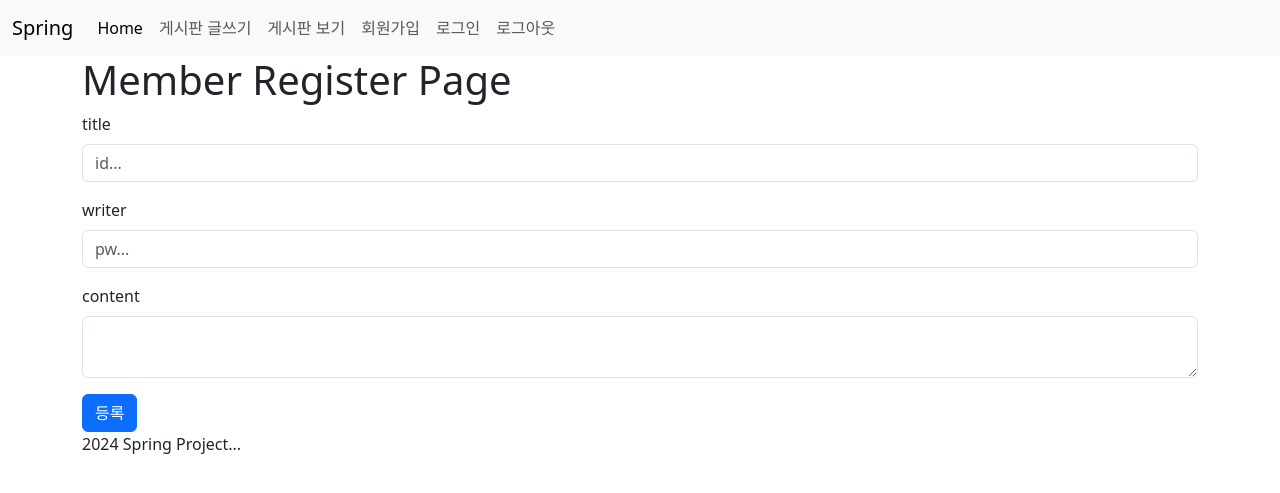
Repository: wanted2001/jsp_project
Page: http://localhost/spring_study/WEB-INF/views/member/register.jsp
The author's editor kept a copy of each file at every save. The page is drawn from the files as they stood at one save, then again after the next save.
The browser window is 1280 px wide. The pictures show the whole page.
The page is served by Tomcat 9. Nobody is signed in. Other server files are loaded and not shown. The template is opened directly, without the code that normally fills it, so the values that code supplies are empty.

Above is the page before, as saved 2024-04-25 05:50:28.

### spring_study/src/main/webapp/WEB-INF/views/member/register.jsp
<%@ page language="java" contentType="text/html; charset=UTF-8"
    pageEncoding="UTF-8"%>
<jsp:include page="../layout/header.jsp" />
<div class="container-md">
		<h1>Member Register Page</h1>
		<form action="" method="post">
		<div class="mb-3">
	  		<label for="t" class="form-label">title</label>
	  		<input type="text" class="form-control" name="id" id="t" placeholder="id...">
		</div>
		<div class="mb-3">
	  		<label for="w" class="form-label">writer</label>
	  		<input type="text" class="form-control" name="pw" id="w" placeholder="pw...">
		</div>
		<div class="mb-3">
  			<label for="c" class="form-label">content</label>
  			<textarea class="form-control" id="c" name="content" aria-label="With textarea"></textarea>
		</div>
		<button type="submit" class="btn btn-primary">등록</button>
	</form>
		</div>
<jsp:include page="../layout/footer.jsp" />

### spring_study/src/main/webapp/WEB-INF/views/layout/header.jsp
<%@ page language="java" contentType="text/html; charset=UTF-8"
    pageEncoding="UTF-8"%>
<!DOCTYPE html>
<html>
<head>
<meta charset="UTF-8">
<title>header.jsp</title>
<link href="https://cdn.jsdelivr.net/npm/bootstrap@5.3.3/dist/css/bootstrap.min.css" rel="stylesheet" integrity="sha384-QWTKZyjpPEjISv5WaRU9OFeRpok6YctnYmDr5pNlyT2bRjXh0JMhjY6hW+ALEwIH" crossorigin="anonymous">
<script src="https://cdn.jsdelivr.net/npm/bootstrap@5.3.3/dist/js/bootstrap.bundle.min.js" integrity="sha384-YvpcrYf0tY3lHB60NNkmXc5s9fDVZLESaAA55NDzOxhy9GkcIdslK1eN7N6jIeHz" crossorigin="anonymous"></script>
</head>
<body>
<nav class="navbar navbar-expand-lg bg-body-tertiary">
  <div class="container-fluid">
    <a class="navbar-brand" href="#">Spring</a>
    <button class="navbar-toggler" type="button" data-bs-toggle="collapse" data-bs-target="#navbarSupportedContent" aria-controls="navbarSupportedContent" aria-expanded="false" aria-label="Toggle navigation">
      <span class="navbar-toggler-icon"></span>
    </button>
    <div class="collapse navbar-collapse" id="navbarSupportedContent">
      <ul class="navbar-nav me-auto mb-2 mb-lg-0">
        <li class="nav-item">
          <a class="nav-link active" aria-current="page" href="/">Home</a>
        </li>
        <li class="nav-item">
          <a class="nav-link" href="/board/register">게시판 글쓰기</a>
        </li>
        <li class="nav-item">
          <a class="nav-link" href="/board/list">게시판 보기</a>
        </li>
        <li class="nav-item">
          <a class="nav-link" href="#">회원가입</a>
        </li>
        <li class="nav-item">
          <a class="nav-link" href="#">로그인</a>
        </li>
        <li class="nav-item">
          <a class="nav-link" href="#">로그아웃</a>
        </li>
  	  </ul>
    </div>
  </div>
</nav>

### spring_study/src/main/webapp/WEB-INF/views/layout/footer.jsp
<%@ page language="java" contentType="text/html; charset=UTF-8"
    pageEncoding="UTF-8"%>
<div class="container-md">
	2024 Spring Project...
</div>

</body>
</html>

After the next save:
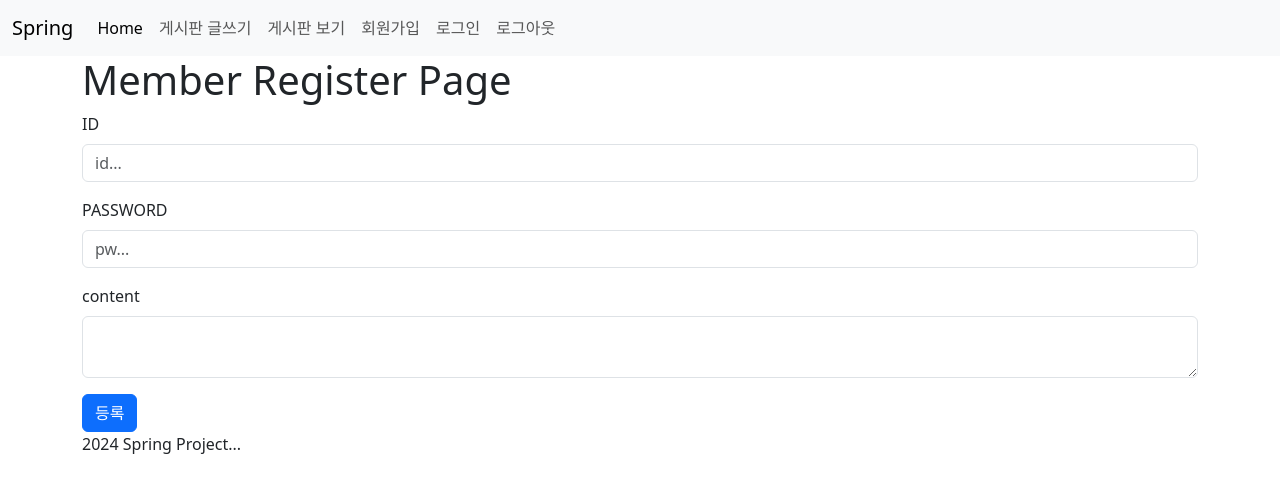
Saved 44 s later.
--- a/spring_study/src/main/webapp/WEB-INF/views/member/register.jsp
+++ b/spring_study/src/main/webapp/WEB-INF/views/member/register.jsp
@@ -5,15 +5,15 @@
 		<h1>Member Register Page</h1>
 		<form action="" method="post">
 		<div class="mb-3">
-	  		<label for="t" class="form-label">title</label>
-	  		<input type="text" class="form-control" name="id" id="t" placeholder="id...">
+	  		<label for="i" class="form-label">ID</label>
+	  		<input type="text" class="form-control" name="id" id="i" placeholder="id...">
 		</div>
 		<div class="mb-3">
-	  		<label for="w" class="form-label">writer</label>
-	  		<input type="text" class="form-control" name="pw" id="w" placeholder="pw...">
+	  		<label for="p" class="form-label">PASSWORD</label>
+	  		<input type="text" class="form-control" name="pw" id="p" placeholder="pw...">
 		</div>
 		<div class="mb-3">
-  			<label for="c" class="form-label">content</label>
+  			<label for="" class="form-label">content</label>
   			<textarea class="form-control" id="c" name="content" aria-label="With textarea"></textarea>
 		</div>
 		<button type="submit" class="btn btn-primary">등록</button>
